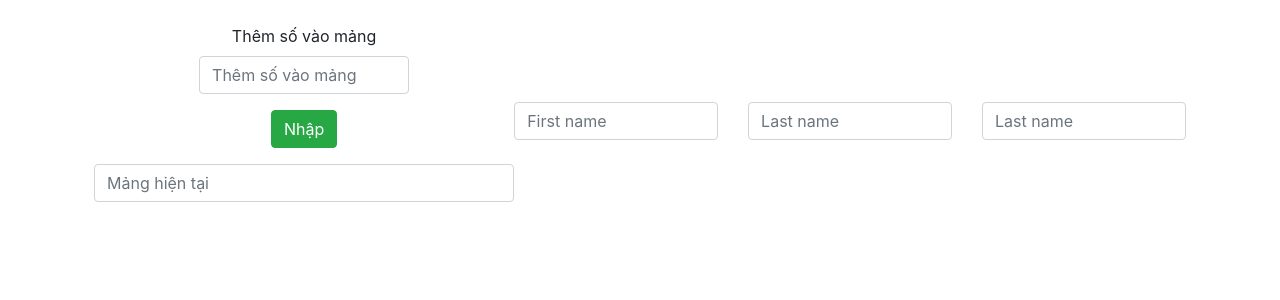
Repository: baobaodeveloper/bootcamp21__array__HuynhAnhBao
Page: index.html
These files come from the project's save history. The page is drawn as it stood at one moment and after the next save; the edit follows.
The browser window is 1280 px wide. The pictures show the whole page.

Above is the page before, as saved 2022-03-20 16:56:31.

After the next save:
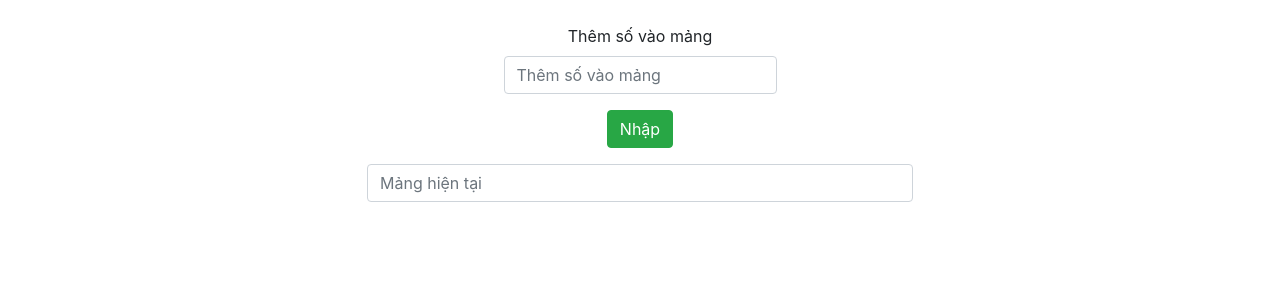
Saved 39 s later.
--- a/index.html
+++ b/index.html
@@ -42,33 +42,6 @@
           placeholder="Mảng hiện tại"
         />
       </div>
-
-      <div class="row">
-        <div class="col">
-          <input
-            type="text"
-            class="form-control"
-            placeholder="First name"
-            aria-label="First name"
-          />
-        </div>
-        <div class="col">
-          <input
-            type="text"
-            class="form-control"
-            placeholder="Last name"
-            aria-label="Last name"
-          />
-        </div>
-        <div class="col">
-          <input
-            type="text"
-            class="form-control"
-            placeholder="Last name"
-            aria-label="Last name"
-          />
-        </div>
-      </div>
     </div>
     <!-- Optional JavaScript -->
     <!-- jQuery first, then Popper.js, then Bootstrap JS -->
